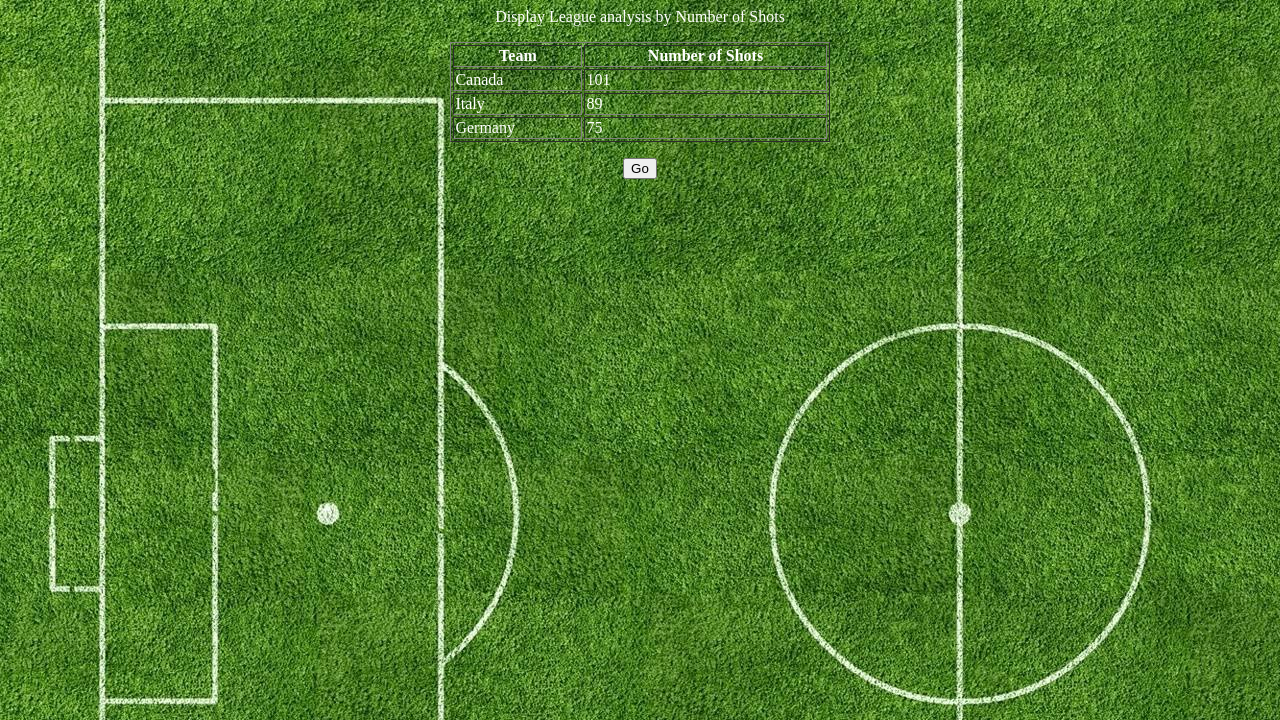
Repository: FredGlozman/SwiftScore
Page: SwiftScore/LeagueAnalysisMode.html
These files come from the project's save history. The page is drawn as it stood at one moment and after the next save; the edit follows.
The browser window is 1280 px wide. The pictures show the whole page.

Above is the page before, as saved 2015-12-03 02:26:21.

After the next save:
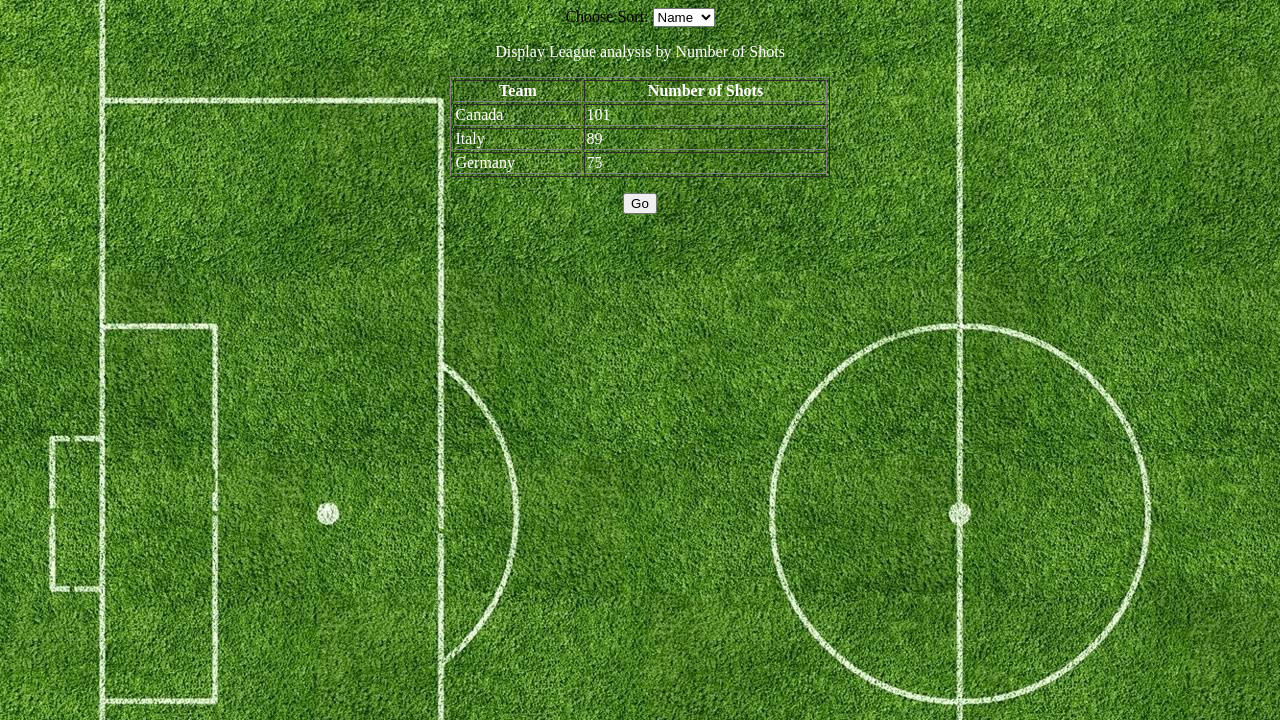
Saved 24 min 30 s later.
--- a/SwiftScore/LeagueAnalysisMode.html
+++ b/SwiftScore/LeagueAnalysisMode.html
@@ -9,6 +9,11 @@ p, font, th, td {
 </head>
 <body background="soccer.jpg">
 <center>
+Choose Sort:
+<select>
+	<option value="sort">Name</option>
+	<option value="sort">Jersey</option>
+</select>
 		<p>
 			Display League analysis by Number of Shots
 		</p>
